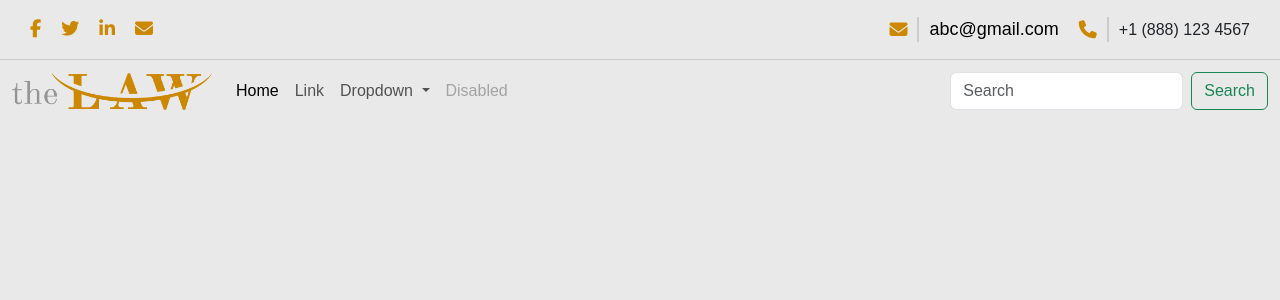
Repository: arehmanraza/lawyer_website
Page: Pages/index.html
An editor plug-in stored every save of this project. The page is shown before and after the next save, followed by the edit.
The browser window is 1280 px wide. The pictures show the whole page.
Some web libraries are served in a nearby version.

Above is the page before, as saved 2024-05-22 01:37:39.

### Pages/index.html
<!DOCTYPE html>
<html lang="en">
  <head>
    <meta charset="utf-8" />
    <meta name="viewport" content="width=device-width, initial-scale=1" />
    <title>The Lawyer</title>
    <link
      rel="stylesheet"
      href="https://pro.fontawesome.com/releases/v5.10.0/css/all.css"
      integrity="sha384-AYmEC3Yw5cVb3ZcuHtOA93w35dYTsvhLPVnYs9eStHfGJvOvKxVfELGroGkvsg+p"
      crossorigin="anonymous"
    />
    <link rel="stylesheet" href="/Styling/style.css" />
    <link
      rel="stylesheet"
      href="https://cdnjs.cloudflare.com/ajax/libs/font-awesome/6.5.2/css/all.min.css"
      integrity="sha512-SnH5WK+bZxgPHs44uWIX+LLJAJ9/2PkPKZ5QiAj6Ta86w+fsb2TkcmfRyVX3pBnMFcV7oQPJkl9QevSCWr3W6A=="
      crossorigin="anonymous"
      referrerpolicy="no-referrer"
    />
    <link
      href="https://cdn.jsdelivr.net/npm/bootstrap@5.3.3/dist/css/bootstrap.min.css"
      rel="stylesheet"
      integrity="sha384-QWTKZyjpPEjISv5WaRU9OFeRpok6YctnYmDr5pNlyT2bRjXh0JMhjY6hW+ALEwIH"
      crossorigin="anonymous"
    />
  </head>
  <body>
    <div class="main-container">


      <!-- ---------------head_top_container start ------------------  -->




      <div class="head_top">
        <div class="head_top_left">
          <ul>
            <li>
              <i class="icon2 fa-brands fa-facebook-f"></i>
            </li>
            <li>
              <i class="icon2 fa-brands fa-twitter"></i>
            </li>
            <li>
              <i class="icon2 fa-brands fa-linkedin-in"></i>
            </li>
            <li>
              <i class="icon2 fa-solid fa-envelope"></i>
            </li>
          </ul>
        </div>
        <div class="head_top_right">
          <ul>
            <li>
              <i class="icon2 fa-solid fa-envelope"></i>
              <p class="border1"></p>
              <span><a class="phoneno" href = "mailto: a.rehman78766@gmail.com">abc@gmail.com</a></span>
            </li>
            <li>
              <i class="icon2 fa-solid fa-phone"></i>
              <p class="border1"></p>
              <span>+1 (888) 123 4567</span>
            </li>

          </ul>
        </div>
      </div>
      <!-- ---------------head_top_container end ------------------  -->






      <!-- ---------------Navbar_container start ------------------  -->


      <nav class="navbar navbar-expand-lg ">
        <div class="container-fluid">
          <a class="navbar-brand" href="#"><img src="/Images/logo.png"  width="200px"></a>
          <button class="navbar-toggler" type="button" data-bs-toggle="collapse" data-bs-target="#navbarSupportedContent" aria-controls="navbarSupportedContent" aria-expanded="false" aria-label="Toggle navigation">
            <span class="navbar-toggler-icon"></span>
          </button>
          <div class="collapse navbar-collapse" id="navbarSupportedContent">
            <ul class="navbar-nav me-auto mb-2 mb-lg-0">
              <li class="nav-item">
                <a class="nav-link active" aria-current="page" href="#">Home</a>
              </li>
              <li class="nav-item">
                <a class="nav-link" href="#">Link</a>
              </li>
              <li class="nav-item dropdown">
                <a class="nav-link dropdown-toggle" href="#" role="button" data-bs-toggle="dropdown" aria-expanded="false">
                  Dropdown
                </a>
                <ul class="dropdown-menu">
                  <li><a class="dropdown-item" href="#">Action</a></li>
                  <li><a class="dropdown-item" href="#">Another action</a></li>
                  <li><hr class="dropdown-divider"></li>
                  <li><a class="dropdown-item" href="#">Something else here</a></li>
                </ul>
              </li>
              <li class="nav-item">
                <a class="nav-link disabled" aria-disabled="true">Disabled</a>
              </li>
            </ul>
            <form class="d-flex" role="search">
              <input class="form-control me-2" type="search" placeholder="Search" aria-label="Search">
              <button class="btn btn-outline-success" type="submit">Search</button>
            </form>
          </div>
        </div>
      </nav>





      <!-- ---------------Navbar_container end ------------------  -->





    </div>
    <script
      src="https://cdn.jsdelivr.net/npm/bootstrap@5.3.3/dist/js/bootstrap.bundle.min.js"
      integrity="sha384-YvpcrYf0tY3lHB60NNkmXc5s9fDVZLESaAA55NDzOxhy9GkcIdslK1eN7N6jIeHz"
      crossorigin="anonymous"
    ></script>
  </body>
</html>

### Styling/style.css
*{
    margin: 0;
    padding: 0;
    box-sizing: border-box;
    font-family: Arial, Helvetica, sans-serif, "Montserrat";
}
.main-container{
    background-color: #e9e9e9;
    width: 100%;
    height: 100vh;
    padding: 0px;
}

.head_top {
    width: 100%;
    height: 60px;
    display: flex;
    justify-content: space-between;
    align-items: center; /* Center items vertically */
    border-bottom: 1px solid #ccc;
    padding: 0px 20px;
}

.head_top_left {
    width: 50%;
    display: flex; /* Ensure the left container is also using flexbox */
    align-items: center; /* Center items vertically */
}
.head_top_left ul {
    display: flex;
    list-style: none;
    padding: 0;
    margin: 0;
}
.head_top_left ul li{
    padding: 0px 10px;
}
.head_top_right{
    display: flex;
    align-items: center;
    width: 50%;
}
.head_top_right ul{
    display: flex;
    list-style: none;
    padding: 0;
    margin: 0px 0px 0px auto;

}
.head_top_right ul li{
    padding: 0px 10px;
    display: flex;
    align-items: center;
}
.border1{
    border-left: 2px solid #ccc;

    height: 25px;
    margin: 0px 10px;
}
.icon2{
    color:  #cc8800;
  font-size: large;
}
.phoneno{
    color: black;
    font-size: 18px;
    font-weight: 500;
    text-decoration: none
}

After the next save:
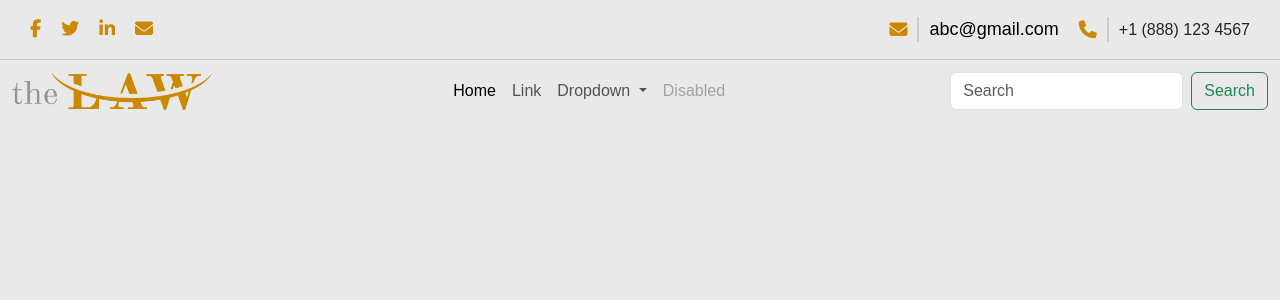
Saved 5 min 1 s later.
--- a/Pages/index.html
+++ b/Pages/index.html
@@ -84,7 +84,7 @@
             <span class="navbar-toggler-icon"></span>
           </button>
           <div class="collapse navbar-collapse" id="navbarSupportedContent">
-            <ul class="navbar-nav me-auto mb-2 mb-lg-0">
+            <ul class="navbar-nav mx-auto mb-2 mb-lg-0">
               <li class="nav-item">
                 <a class="nav-link active" aria-current="page" href="#">Home</a>
               </li>
